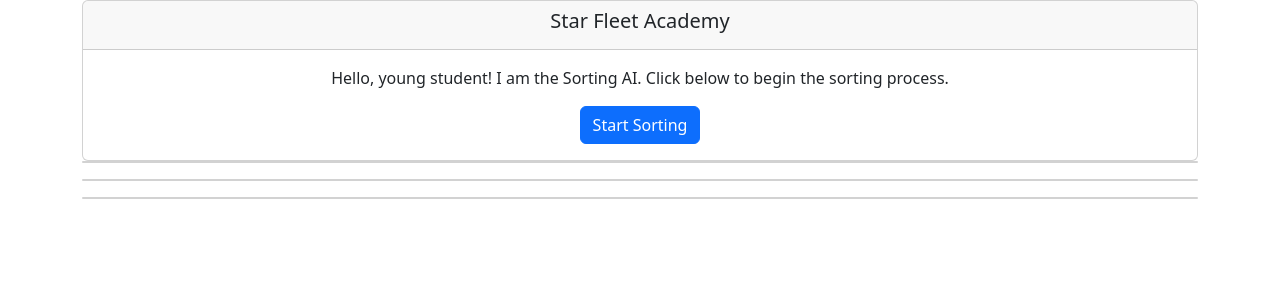
Repository: PaulPatterson48/ASSIGNMENT-StarFleet_academy
Page: index.html
These files come from the project's save history. The page is drawn as it stood at one moment and after the next save; the edit follows.
The browser window is 1280 px wide. The pictures show the whole page.

Above is the page before, as saved 2023-08-05 12:38:32.
Console error: TypeError: Cannot read properties of null (reading 'addEventListener')

### index.html
<!DOCTYPE html>
<html lang="en">
<head>
  <meta charset="UTF-8">
  <meta name="viewport" content="width=device-width, initial-scale=1.0">
  <title>Document</title>
  <link href="https://cdn.jsdelivr.net/npm/bootstrap@5.3.0/dist/css/bootstrap.min.css" rel="stylesheet" integrity="sha384-9ndCyUaIbzAi2FUVXJi0CjmCapSmO7SnpJef0486qhLnuZ2cdeRhO02iuK6FUUVM" crossorigin="anonymous">
  <link rel="stylesheet" href="main.css">
</head>
<body>
  <div class="container">
    <div id="sortingCadetCard" class="card text-center">
      <div class="card-header">
        <h5>Star Fleet Academy</h5>
      </div>
      <div class="card-body">
        <p>Hello, young student! I am the Sorting AI. Click below to begin the sorting process.</p>
        <!-- <div id="btnRow" class="d-flex justify-content-between mb-3 btnRow">
        <button id="enterpriseBtn" type="submit" class="btn btn-primary">Enterprise</button>
        <button id="voyagerBtn" type="submit" class="btn btn-primary">Voyager</button>
        <button id="excaliburBtn" type="submit" class="btn btn-primary">Excalibur</button>
        <button id="excelsiorBtn" type="submit" class="btn btn-primary">Excelsior</button> -->
        <button id="startSortingBtn" class="btn btn-primary">Start Sorting</button>
      </div>
      </div>
    </div>

    <div class="container">
      <!-- Sorting Hat Card -->
      <div class="card" id="sortingHatCard">
        <!-- ... Sorting Hat Card content ... -->
      </div>

      <!-- Student Sorting Form (Hidden by default) -->
      <div class="card mt-3" id="sortingFormCard" style="display: none;">
        <!-- ... Sorting Form Card content ... -->
      </div>

      <!-- Sorted Students Card (Generated dynamically) -->
      <div class="card mt-3" id="sortedStudentsCard">
        <!-- ... Sorted Students Card content ... -->
        <div id="sortedStudentsList"></div>
      </div>

      <!-- New Klingon Warrior(Generated dynamically) -->
      <div class="card mt-3" id="expelledStudentsCard">
        <!-- ... Expelled Students Card content ... -->
        <div id="expelledStudentsList"></div>
      </div>
    </div>


    <div id="sortedStudents" class="mt-4"></div>
    <script src="https://cdn.jsdelivr.net/npm/bootstrap@5.1.3/dist/js/bootstrap.bundle.min.js" integrity="sha384-ka7Sk0Gln4gmtz2MlQnikT1wXgYsOg+OMhuP+IlRH9sENBO0LRn5q+8nbTov4+1p" crossorigin="anonymous"></script>
    <script src="main.js"></script>
  </div>

</body>
</html>

### main.js
const starship = [
  {
    id:1,
    title: "enterprise",
    imageUrl: "./image/EnterpriseA.png",
    shipClass: "Constitution-class",
    message:"Congrats, you're on the Enterprise!",
    cadet: "",
    onboard: true
  },
  {
    id: 2,
    title:"voyager",
    imageUrl: "./image/Voyager.png",
    shipClass: "Intrepid-class",
    message:"Congrats, you're on the Voyager" ,
    cadet: "",
    onboard: true
  },
  {
    id: 3,
    title: "excalibur",
    imageUrl: "./image/USSExcalibur.png",
    shipClass: "Ambassador-class",
    message:"Congrats, you're Excalibur"  ,
    cadet: "",
    onboard: true
  },
  {
    id: 4,
    title: "excelsior",
    imageUrl: "./image/USSExcelsior.png",
    shipClass: "Excelsior-class",
    message:"Congrats, you're on Excelsior!" ,
    cadet: "",
    onboard: true
  },
  {
    id:5,
    title: "birdofprey",
    imageUrl: "./image/KlingonBirdOfPrey.png",
    shipClass: "B'rel-class",
    message:"Today is a good day to die",
    cadet: "",
    onboard: false
  }
];
//Array to store sorted students
const students = [];

//Array for Expelled Students
const expelledStudents = [];

function shuffleShips() {
  return selection = starship[Math.floor(Math.random() * starship.length)]

}



// Function to sort a student
function sortStudent(e) {
  e.preventDefault();
  const studentName = document.getElementById('studentName').value;
  const ships = shuffleShips();
  const randomShip= selection[1];



  // Add the student to the array of sorted students
  students.push({ name: studentName, ships: ships.title, message: ships.message});

  // Clear the form
  document.getElementById('studentForm').reset(); //found reset on https://www.w3schools.com/jsref/met_form_reset.asp

  // Display the sorted student cards
  displaySortedStudents();
}

// Function to display sorted students
function displaySortedStudents() {
  const sortedStudentsDiv = document.getElementById('sortedStudents');
  sortedStudentsDiv.innerHTML = '';

  students.forEach((student, index) => {
    const cardDiv = document.createElement('div');
    cardDiv.classList.add('card', 'text-center', 'mb-3');
    cardDiv.innerHTML = `
      <div class="card-body">
      <image
        <h5 class="card-title">${student.name}</h5>
        <p class="card-text">Ship: ${student.ships}</p>
        <p class="card-text">Message: ${student.message}</p>
        <button class="btn btn-danger" onclick="expelStudent(${index})">Expel</button>
      </div>
    `;
    sortedStudentsDiv.appendChild(cardDiv);
  });
}
//UPDATE / Expelled Students
const toggleCart = (e) => {
  if (e.target.id.includes("btn-danger")) {
    const [,id] = e.target.id.split('')
    const index = starship.findIndex(i => i.id === Number(id))

    starship[index].onboard = !starship[index].onboard
    renderCards(starship);
  }
}

const expelFilter = (e) =>{
  if(e.target.id.includes('expel')){
    const expel = starship.filter(ship => ship.onboard);
    renderCards(expel);
  }
}

//Filter Button Row
// const filterButtons = () => {btn-danger}
//   const domString = `
//   <div class="d-flex flex-wrap justify-content-between mb-3">
//   <button class="btn btn-secondary btn-lg buttonRow" id="all">all</button>
//   <button class="btn btn-secondary btn-lg buttonRow" id="enterprise">Enterprise</button>
//   <button class="btn btn-secondary btn-lg buttonRow" id="voyager">Voyager</button>
//   <button class="btn btn-secondary btn-lg buttonRow" id="excalibur">Excalibur</button>
//   <button class="btn btn-secondary btn-lg buttonRow" id="excelsior">Excelsior</button>
//   </div>
//   `;
//   renderToDom('#filterContainer',domString);
// };

// Function to expel a student
function expelStudent(index) {
  students.splice(index, 4);
  displaySortedStudents();
}

// Event listeners

document.getElementById('startSortingBtn').addEventListener('click', function() {
  document.getElementById('sortingCadetCard').classList.add('d-none');
  document.getElementById('sortingForm').classList.remove('d-none');
});

document.getElementById('studentForm').addEventListener('submit', sortStudent);

const startApp = () => {
  //document.getElementById('btnRow').addEventListener('click', buttonFilter)
};
startApp();

Loaded but not shown: main.css (no copy from this time; the picture is the same without it)

After the next save:
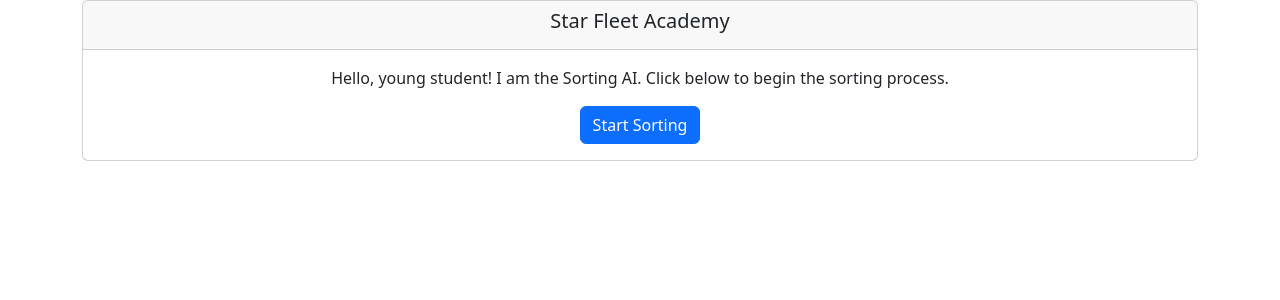
The error is gone.
Saved 23 h 56 min later.
--- a/index.html
+++ b/index.html
@@ -25,30 +25,21 @@
       </div>
     </div>
 
-    <div class="container">
-      <!-- Sorting Hat Card -->
-      <div class="card" id="sortingHatCard">
-        <!-- ... Sorting Hat Card content ... -->
+    <div id="sortingForm" class="card text-center d-none">
+      <div class="card-header">
+        <h5>Student Sorting</h5>
       </div>
+      <div class="card-body">
+        <form id="studentForm">
+          <div class="form-group">
+            <label for="studentName">Student Name:</label>
+            <input type="text" class="form-control" id="studentName" required>
+          </div>
 
-      <!-- Student Sorting Form (Hidden by default) -->
-      <div class="card mt-3" id="sortingFormCard" style="display: none;">
-        <!-- ... Sorting Form Card content ... -->
-      </div>
-
-      <!-- Sorted Students Card (Generated dynamically) -->
-      <div class="card mt-3" id="sortedStudentsCard">
-        <!-- ... Sorted Students Card content ... -->
-        <div id="sortedStudentsList"></div>
-      </div>
-
-      <!-- New Klingon Warrior(Generated dynamically) -->
-      <div class="card mt-3" id="expelledStudentsCard">
-        <!-- ... Expelled Students Card content ... -->
-        <div id="expelledStudentsList"></div>
+          <button id="sortStudentBtn" type="submit" class="btn btn-primary">Sort</button>
+        </form>
       </div>
     </div>
-
 
     <div id="sortedStudents" class="mt-4"></div>
     <script src="https://cdn.jsdelivr.net/npm/bootstrap@5.1.3/dist/js/bootstrap.bundle.min.js" integrity="sha384-ka7Sk0Gln4gmtz2MlQnikT1wXgYsOg+OMhuP+IlRH9sENBO0LRn5q+8nbTov4+1p" crossorigin="anonymous"></script>
